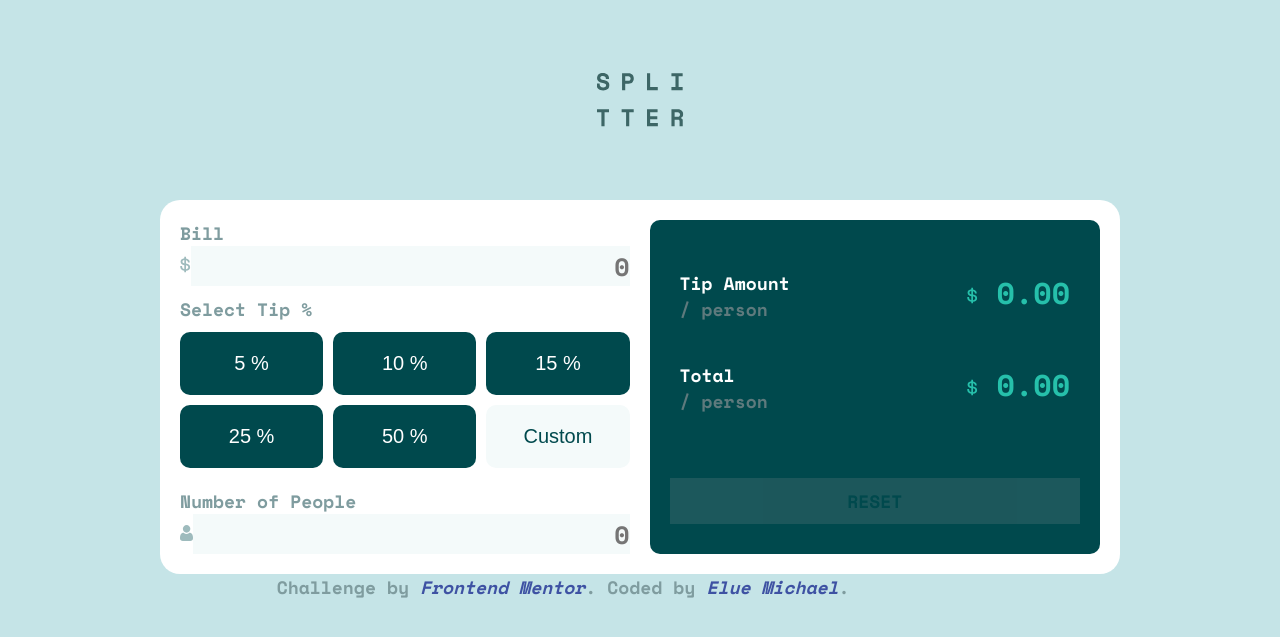
Repository: MeekyBerry/Frontend-Mentor-Challenges
Page: tip-calculator-app/index.html
These files come from the project's save history. The page is drawn as it stood at one moment and after the next save; the edit follows.
The browser window is 1280 px wide. The pictures show the whole page.

Above is the page before, as saved 2023-03-28 01:45:41.

After the next save:
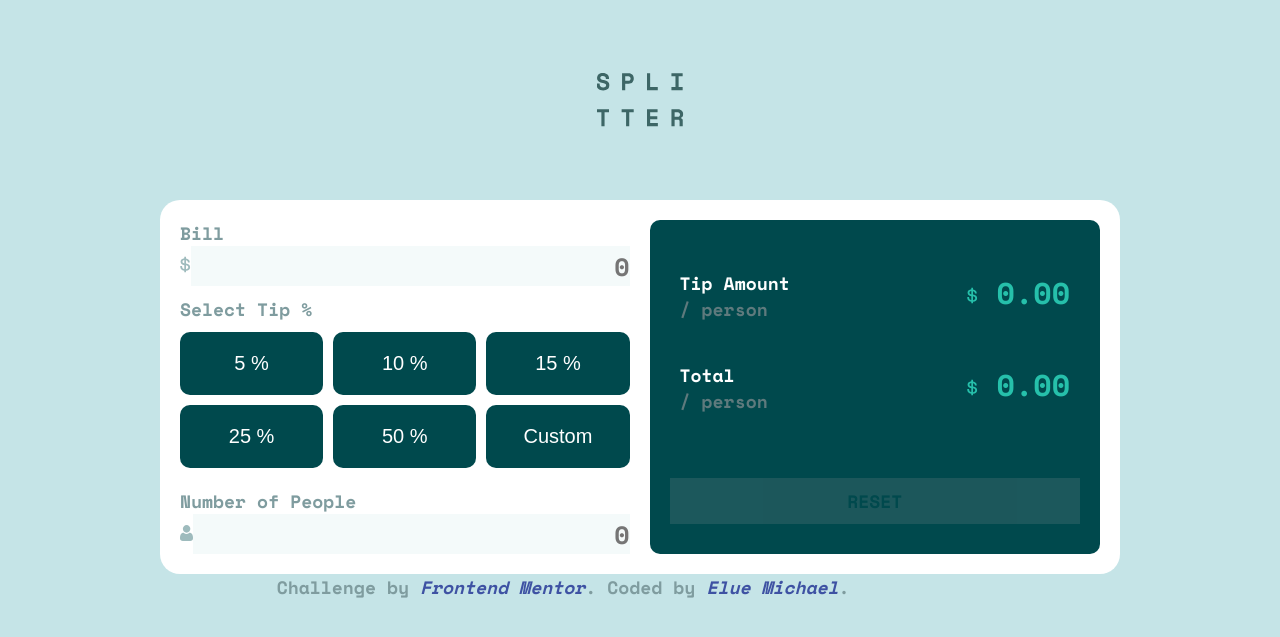
Saved 5 min 30 s later.
--- a/tip-calculator-app/index.html
+++ b/tip-calculator-app/index.html
@@ -35,9 +35,9 @@
             <button type="button" class="percent fiftheen">15 %</button>
             <button type="button" class="percent twenty-five">25 %</button>
             <button type="button" class="percent fifty">50 %</button>
-            <div class="custom">
+            <!-- <div class="custom"> -->
             <button type="button" class="percent" id="cst-btn">Custom</button>
-            </div>
+            <!-- </div> -->
           </div>
         </div
         <div>

After the save that followed:
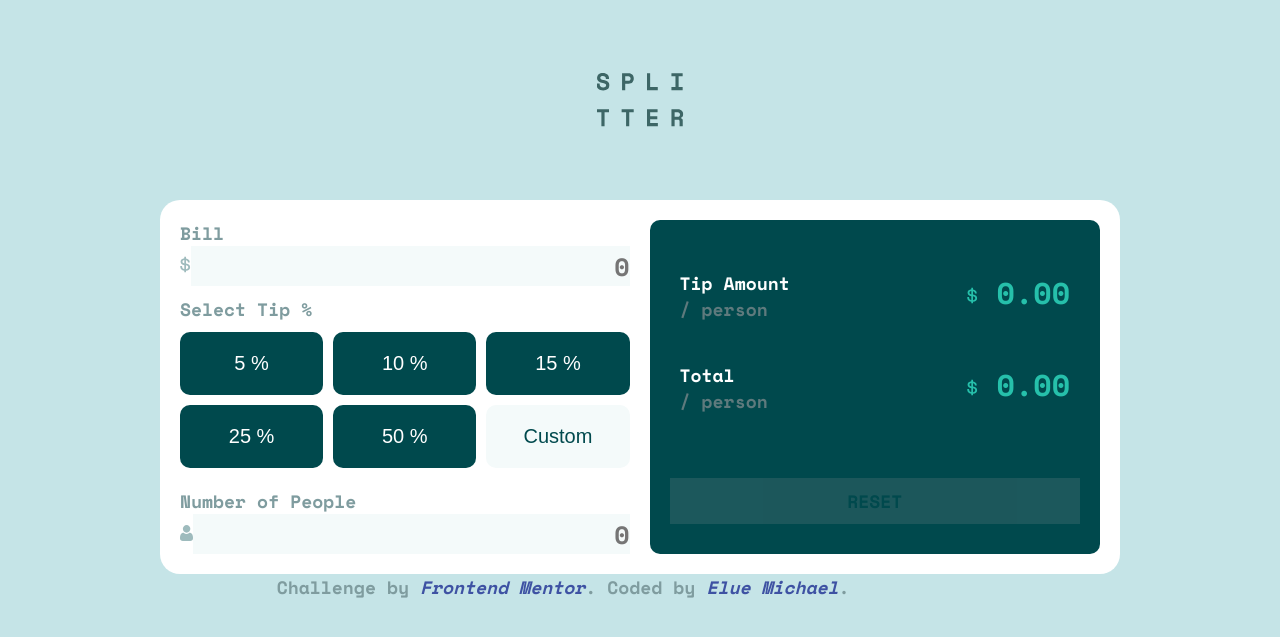
Saved 3 min 19 s later.
--- a/tip-calculator-app/index.html
+++ b/tip-calculator-app/index.html
@@ -35,9 +35,9 @@
             <button type="button" class="percent fiftheen">15 %</button>
             <button type="button" class="percent twenty-five">25 %</button>
             <button type="button" class="percent fifty">50 %</button>
-            <!-- <div class="custom"> -->
+            <div class="custom">
             <button type="button" class="percent" id="cst-btn">Custom</button>
-            <!-- </div> -->
+            </div>
           </div>
         </div
         <div>
